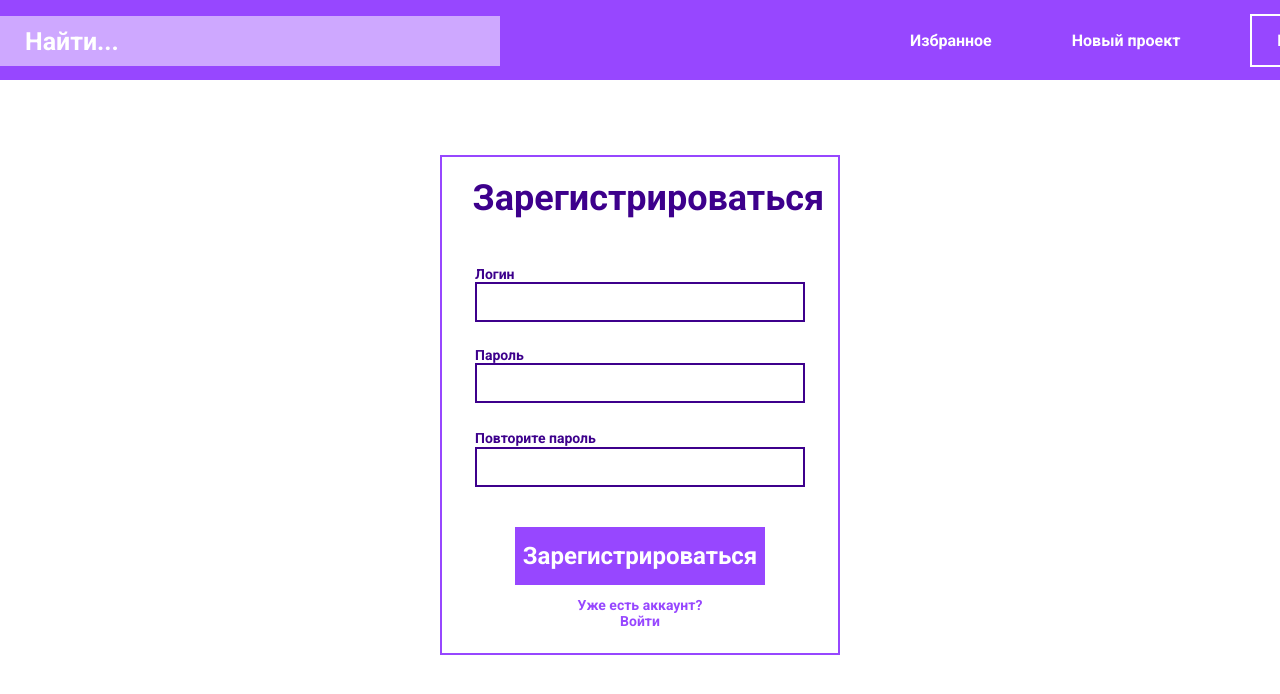
Repository: TimurZinatulin/Web_Shishki_1
Page: /profile
The author's editor kept a copy of each file at every save. The page is drawn from the files as they stood at one save, then again after the next save.
The browser window is 1280 px wide. The pictures show the whole page.
The project was rebuilt for these pictures with package versions that can differ from the ones it lists, and the page was loaded fresh each time. Also part of the build but not shown: vite.config.js, vue.config.js, src/views/LoginView.vue, src/components/HelloWorld.vue, src/views/MainView.vue, src/views/HomeView.vue, src/views/EditView.vue, src/views/FavoriteView.vue and 4 more.

Above is the page before, as saved 2023-06-11 00:30:58.
Console error: TypeError: Cannot read properties of null (reading 'user')

After the next save:
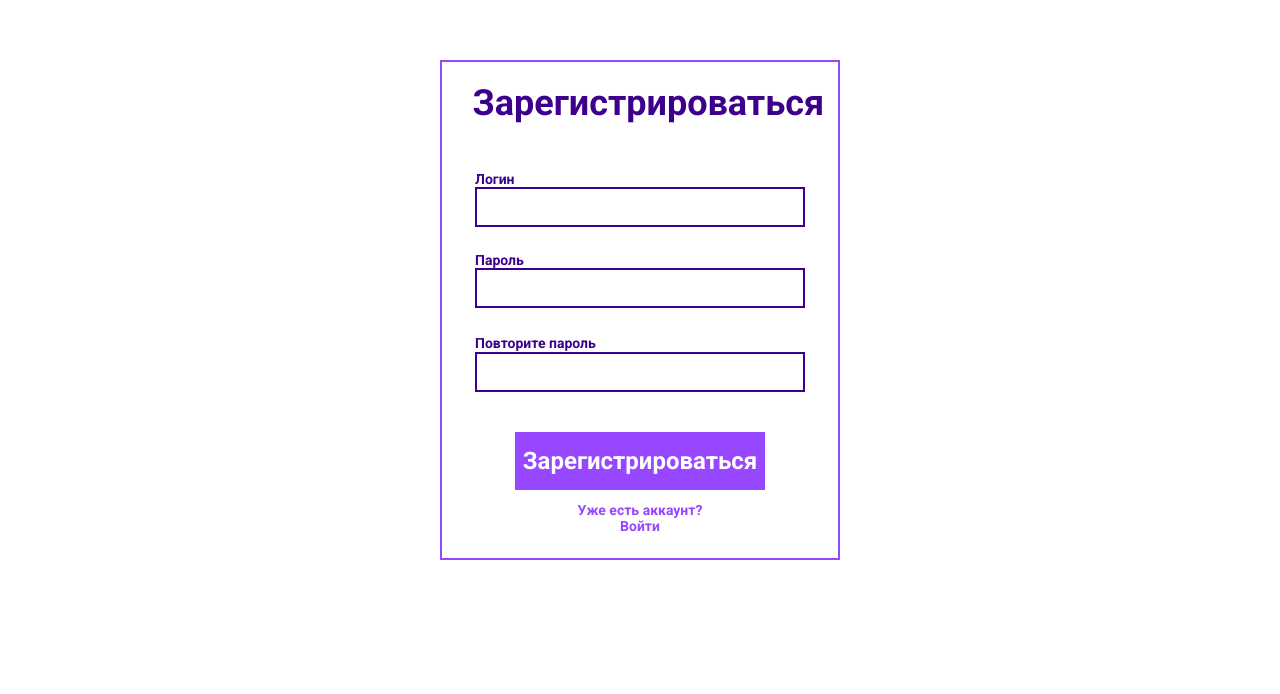
Saved 36 s later.
--- a/src/views/RegisterView.vue
+++ b/src/views/RegisterView.vue
@@ -1,15 +1,4 @@
 <template>
-    <div id="header" class="wrapper">
-        <div id="head-cont">
-            <a style="position: relative; left: -280px;" href="http://localhost:8080/main"><img id="logo" src="../assets/ShishkiD.png" style="width: 70px; height: 70px;"></a>
-            <input class="input" style="position: relative; left: -260px;" type="text" placeholder="Найти...">
-            <ul>
-                <li><router-link to="/login" class="btn2">Избранное</router-link></li>
-                <li><router-link to="/login" class="btn2">Новый проект</router-link></li>
-                <li><router-link to="/login" class="link">Войти</router-link></li>
-            </ul>
-        </div>
-    </div>
     <div id="log_card">
         <h1 id="log_name" style="position: relative; top: -30px; left: -10px;">Зарегистрироваться</h1>
         <form @submit.prevent="handleSignup">
